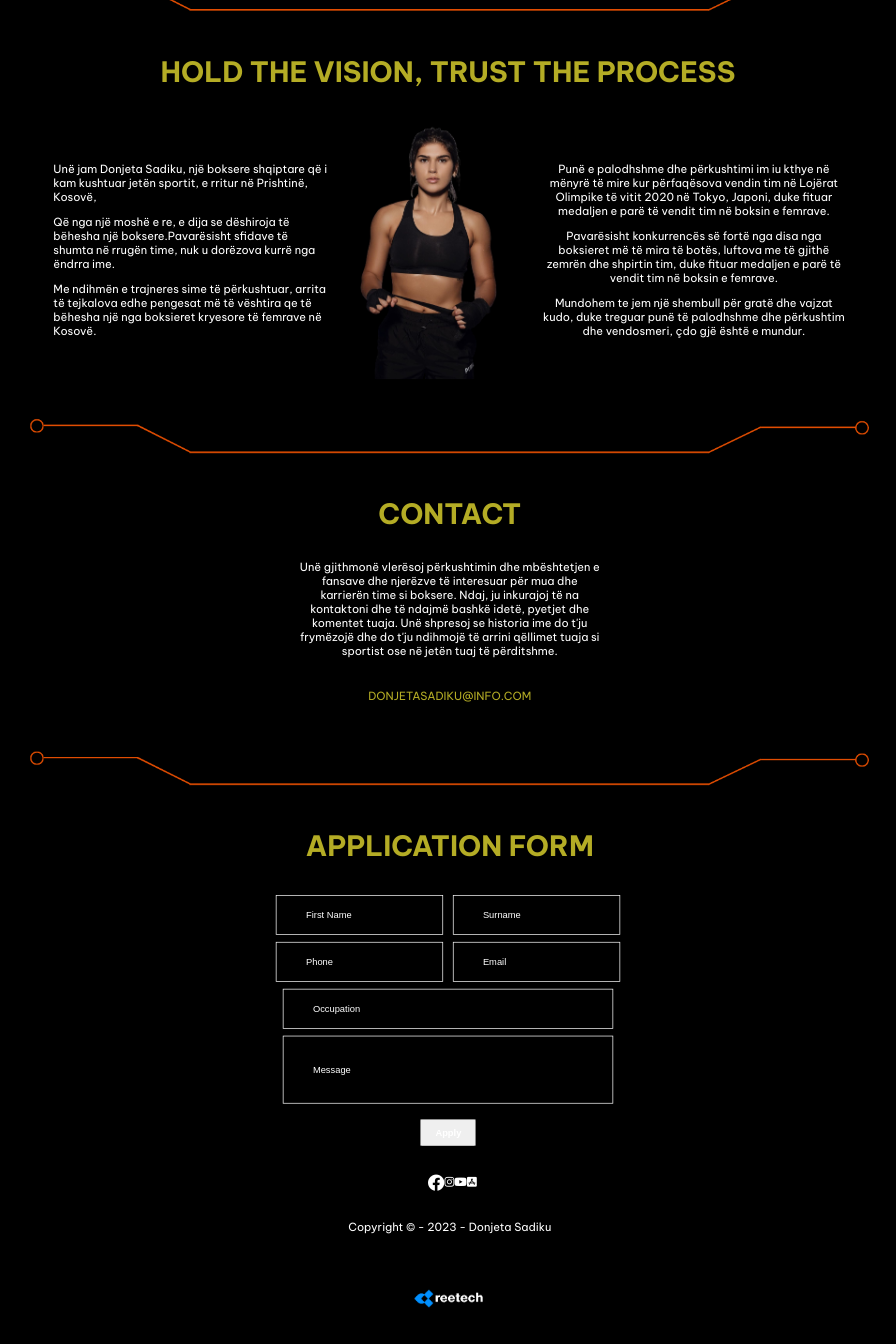
Repository: milot-morina/ds-boxing
Page: DS-Portfolio/index.html
These files come from the project's save history. The page is drawn as it stood at one moment and after the next save; the edit follows.
The browser window is 1280 px wide. The pictures show the part of the page from y = 2051 to 3971 px (the page is 3971 px tall), at 70% of full size.
A picture or video elsewhere on the page could not be fetched, so the positions and the page height are approximate.

Above is the page before, as saved 2023-03-21 08:23:29.

### DS-Portfolio/index.html
<!DOCTYPE html>
<html lang="en">
<head>
  <meta charset="UTF-8">
  <meta http-equiv="X-UA-Compatible" content="IE=edge">
  <meta name="viewport" content="width=device-width, initial-scale=1.0">
  <title>Donjeta Sadiku</title>
  <link rel="stylesheet" href="style.css">
  <link rel="stylesheet" href="https://cdnjs.cloudflare.com/ajax/libs/font-awesome/6.0.0-beta2/css/all.min.css" integrity="sha512-YWzhKL2whUzgiheMoBFwW8CKV4qpHQAEuvilg9FAn5VJUDwKZZxkJNuGM4XkWuk94WCrrwslk8yWNGmY1EduTA==" crossorigin="anonymous" referrerpolicy="no-referrer" />
  <link rel="icon" href="logofinal.png" type="image/icon type" style="width: 100%;">
  <link href="https://fonts.googleapis.com/css2?family=Be+Vietnam+Pro:wght@400;500;700&display=swap" rel="stylesheet">
</head>
<body>

  <section class="section1" id="home">
    <video muted autoplay loop style="pointer-events: none;">
      <source src="DS-Glitch.mp4" type="video/mp4">
    </video>
    <header class="hidden3">
      <div class="container">
        <nav class="navbar">
          <div class="brand-title">
            <img src="unitetiLogoFinal.png" alt="" width="130px">
          </div>
          <a href="#" class="toggle-button">
            <span class="bar"></span>
            <span class="bar"></span>
            <span class="bar"></span>
          </a>
          <div class="navbar-links">
            <ul>
              <li><a href="#home" class="home-btn">HOME</a></li>
              <li><a href="#club" class="header-club">CLUB</a></li>
              <li><a href="#contact" class="header-link a">CONTACT</a></li>
              <li><a href="#form" class="header-link a">FORM</a></li>
            </ul>
            <div class="socials">
            <i class="fa-brands fa-facebook"><a href="https://www.youtube.com/watch?v=dQw4w9WgXcQ"></a></i>
            <i class="fa-brands fa-instagram"></i>
            <i class="fa-brands fa-youtube"></i>
            <i class="fa-brands fa-app-store-ios"></i>
          </div>
          </div>

        </nav>
      </div>
    </header>
  </section>


  <img src="separator2.png" alt="" width="100%" style="margin-top: 40px;" class="first-seperator">


  <section class="section2 container row" id="club">

    <div class="images hidden2">
      <img src="handsUp.jpg" alt="">
    </div>
    <div class="text hidden">
      <p class="section-h hidden3">HISTORIA SHKRUHET!</p>
      <p class="section2-p hidden3">Nuk ka fjalë për t'u shprehur se sa krenare isha për të përfaqësuar vendin tim në skenën dhe për të marrë medalje ne kete nivel. Ishte një ndjenjë e mrekullueshme të përfaqësosh vendin tënd dhe të ndjehesh si një ambasador i saj në arenën nderkombetare.</p>
      <p class="section2-p hidden3">Në çdo moment të kësaj përvojeje, isha e mbuluar nga emocionet për rëndësinë që kjo ngjarje kishte për popullin tim dhe për boksierët shqiptarë. Nuk ishte thjesht një fitore personale, por ishte një fitore që përfaqësoi përparimin e boksi shqiptar dhe mundësinë e një të ardhme të ndritshme për sportin në vendin tonë.</p>
      <p class="section2-p hidden3">Kur mora medaljen olimpike, ndjeva një ndjenjë të thellë krenarie dhe një ndjesi të vërtetë prej triumfi. Ishte si të isha i gjithë vendlindja ime, duke festuar këtë arritje të madhe me mua. Nuk mund të mendoja për ndonjë gjë më të rëndësishme në atë moment, dhe do të mbaj gjithmonë këtë kujtim në zemrën time.</p>

    </div>

  </section>

  <img src="separator2.png" alt="" width="100%" style="margin-top: 30px;">


  <section class="section3 container">
    <p class="section-h">MEDALJET FLASIN VET!</p>
   <div class="row">
    <div class="text hidden2">
      <p>Viti me i suksesshem ne karrieren time . Solla dy medalje nje evropiane e një botërore. Dëshmova që une Donjeta Sadiku nuk dorërzohem asnjëher përkundrazi nuk kam dyshuar asnjëherë në veten time, mirpo tani po ndihem e kompletuar nën udhëheqjen e trajneres time Marjola Sallauka .</p>
      <p>Tash e tutje luftoj vetëm për medalje Olimpike. Unë besoj në vetën time dhe ju premtoj që me përkrahjen tuaj unë do ti realizoj këto synime . Faleminderit për përkrahje familjes time, Federatës së Boksit. Faleminderit trajnerës Marjola Sallauka për mjeshtërinë që tregon me punën e saj.</p>
    </div>
    <div class="images hidden">
      <img src="DplusMar.jpg" alt="" style="max-width: 640px;">
    </div>
   </div>

  </section>








  <img src="separator2.png" alt="" width="100%" style="margin-top: 30px;">




  <section class="section4 container" id="nft">
    <p class="section-h hidden3">HOLD THE VISION, TRUST THE PROCESS</p>
    <div class="row">
      <div class="text hidden2" style="text-align: left">
        <p>Unë jam Donjeta Sadiku, një boksere shqiptare që i kam kushtuar jetën sportit, e rritur në Prishtinë, Kosovë,
        </p>
        <p>Që nga një moshë e re, e dija se dëshiroja të bëhesha një boksere.Pavarësisht sfidave të shumta në rrugën time, nuk u dorëzova kurrë nga ëndrra ime.
        </p>
        <p>Me ndihmën e trajneres sime të përkushtuar, arrita të tejkalova edhe pengesat më të vështira qe të bëhesha një nga boksieret kryesore të femrave në Kosovë.</p>
      </div>
      <div class="hidden3">
        <div class="column">
          <img src="profilePic.png" alt="" style="width: 300px;">
          <!-- <img src="shadow.png" alt="" style="width: 300px;"> -->
        </div>
      </div>
      <div class="text hidden">
        <p>Punë e palodhshme dhe përkushtimi im iu kthye në mënyrë të mire kur përfaqësova vendin tim në Lojërat Olimpike të vitit 2020 në Tokyo, Japoni, duke fituar medaljen e parë të vendit tim në boksin e femrave.</p>
        <p>Pavarësisht konkurrencës së fortë nga disa nga boksieret më të mira të botës, luftova me të gjithë zemrën dhe shpirtin tim, duke fituar medaljen e parë të vendit tim në boksin e femrave.
        </p>
        <p>
          Mundohem te jem një shembull për gratë dhe vajzat kudo, duke treguar punë të palodhshme dhe përkushtim dhe vendosmeri, çdo gjë është e mundur.
        </p>
      </div>
    </div>

  </section>

  <img src="separator2.png" alt="" width="100%" style="margin-top: 30px;">

  <section class="section5 container" id="contact">
    <div class="text">
      <p class="section-h">CONTACT</p>
      <p>Unë gjithmonë vlerësoj përkushtimin dhe mbështetjen e fansave dhe njerëzve të interesuar për mua dhe karrierën time si boksere. Ndaj, ju inkurajoj të na kontaktoni dhe të ndajmë bashkë idetë, pyetjet dhe komentet tuaja. Unë shpresoj se historia ime do t'ju frymëzojë dhe do t'ju ndihmojë të arrini qëllimet tuaja si sportist ose në jetën tuaj të përditshme.</p>
      <p style="color: #B4AC25; margin-top: 45px;">DONJETASADIKU@INFO.COM</p>
    </div>
  </section>






 <img src="separator2.png" alt="" width="100%" style="margin-top: 30px;">

  <section class="section6 container" id="form">
    <div class="text">
      <p class="section-h">APPLICATION FORM</p>
    </div>
    <form action="#">
      <div class="form-row">
        <input type="text" placeholder="First Name">
        <input type="text"placeholder="Surname">
      </div>
      <div class="form-row">
        <input type="text" placeholder="Phone">
        <input type="email" placeholder="Email">
      </div>
      <div class="long-inputs-form">
        <input type="text" placeholder="Occupation"><br>
        <input type="text" placeholder="Message" style="padding-block: 40px;">
      </div>
    </form>
    <button class="home-btn">Apply</button>
    <div class="socials" style="margin-block: 40px;">
      <a href="https://www.facebook.com/your-page"><i class="fa-brands fa-facebook"></i></a>
      <a href="https://www.instagram.com/donjetasadikuofficial/"><i class="fa-brands fa-instagram"></i></a>
      <a href="https://www.youtube.com/channel/your-channel"><i class="fa-brands fa-youtube"></i></a>
      <a href="https://apps.apple.com/your-app"><i class="fa-brands fa-app-store-ios"></i></a>
    </div>


    <div class="text" style="margin-bottom: 40px;">
      <p>Copyright © - 2023 - Donjeta Sadiku </p>
    </div>


    <div style="background-color: rgba(0, 0, 0, 0.2); display: flex; justify-content: center; align-items: center;">
      <a class="navbar-brand" href="https://www.reetech.ch/">
        <img src="reetech.png" width="185" height="105" class="d-inline-block align-top" alt="">
      </a>
    </div>

  </section>




  <script src="script.js"></script>
</body>
</html>

### DS-Portfolio/style.css
html {
  scroll-behavior: smooth;
  transition: 2s;
  overflow-x: hidden;
}

body {
  text-align: center;
  overflow-x: hidden;
  font-family: 'Be Vietnam Pro', sans-serif;
}

/* header----*/


header {
  background-color: transparent;
  width: 100%;
  position: absolute;
  top: 0;
  left: 0;

  z-index: 100;
}


.navbar {
  display: flex;
  flex-direction: column;
  justify-content: space-between;
  align-items: flex-start;
  color: black;
}



.navbar-links {
  width: 100%;
  display: none;
}

.navbar-links ul {
  margin: 0;
  padding: 0;
  display: flex;
  flex-direction: column;
  width: 100%;
  text-align: center;
}

.navbar-links li {
  list-style: none;
  font-size: 15px;

}

.navbar-links li a {
  text-decoration: none;
  color: white;

  display: block;
}


.toggle-button {
  position: absolute;
  top: .75rem;
  right: 1rem;
  display: flex;
  flex-direction: column;
  justify-content: space-between;
  width: 31px;
  height: 21px;
}

.bar {
  width: 100%;
  height: 3px;
  background-color: white;
  border-radius: 10px;
}

.navbar-links.active {
  display: flex;
  flex-direction: column;
  background-color: transparent;
}

i {
  color: white;
}

i:hover {
  color: #B4AC25;
  cursor: pointer;
}



video {
  width: 100%;
  position: relative;
  height: auto;
  pointer-events: none;
  display: none;
}



.socials {
  width: 47%;
  display: block;
  margin: 5px auto;
  justify-content: center;
}

i + i, .fa-facebook {
  margin-left: 12px;
  font-size: 24px;
}

.header-club {
  color: white;
  padding-inline: 10px;
  margin-top: 5px;
  max-width: 80px;
  display: block;
  margin-inline: auto;
  font-weight: 700;
}


.header-club:hover {
  color: white;
  border-color: #B4AC25;

}

.home-btn {
  color: white;
  padding-inline: 10px;
  margin-top: 5px;
  max-width: 80px;
  display: block;
  margin-inline: auto;
  font-weight: 700;
}

.home-btn:hover {
  color: white;
  border-color: white;
  background-color: transparent;
  cursor: pointer;
}


.header-link {
  color: white;
  padding-inline: 10px;
  margin-top: 5px;
  max-width: 80px;
  display: block;
  margin-inline: auto;
  font-weight: 700;
}

.header-link:hover {
  color: #B4AC25;
}

a {
  position: relative;
}

a::after {
  content: " ";
  position: absolute;
  background-color: #B4AC25;
  height: 3px;
  width: 0;
  left: 0;
  bottom: -10px;
  transition: 0.3s;
}

a:hover::after {
  width: 100%;
}





/*---------------header-----------*/




/*---------------------- collapsible table ------------------------*/

.main-collapsible {
  background-color: transparent;
  color: black;
  width: 100%;
  margin-inline: auto;
  margin-block: 120px 40px;
}



.container-collapsible {
  width: 100%;
  margin: 0 auto;
  display: flex;
  flex-direction: column;
  align-items: center;
}


hr {
  background-color: white;
  width: 90%;
  display: block;
  margin-inline: auto;
}



.collapsible-button {
  background-color: rgb(24, 24, 24);
  color: gray;
  cursor: pointer;
  padding: 5px;
  width: 93%;
  border-bottom: 1px solid white;
  display: flex;
  align-items: center;
  justify-content: space-between;
  text-align: left;
  outline: none;
  font-size: 15px;
  border: none;
}





.button-name-collapsible {
  color: white;
  text-align: left;
  outline: none;
  font-size: 16px;

}


.button-name-collapsible:hover {
  color: #B4AC25;
}



.collapsible-button:after {
  content: '\002B';
  color: white;
  font-weight: bold;
  float: right;
  margin-left: 5px;
  font-size: 24px;
}

.collapsible-button:hover::after{
  color: #B4AC25;
}

.active:after {
  content: "\2212";
}

.content {
  width: 93%;
  max-height: 0;
  overflow: hidden;
  transition: max-height 0.2s ease-out;
  background-color:  rgb(24, 24, 24);
  color: white;
  margin-bottom: 10px;
}

/*---------------------- collapsible table ------------------------*/



/*----------animations------------*/

.hidden {
  opacity: 0;
  filter: blur(2px);
  transform: translateX(60%);
  transition: all 700ms;
}


.hidden2 {
  opacity: 0;
  filter: blur(2px);
  transform: translateX(-60%);
  transition: all 700ms;
}

.hidden3 {
  opacity: 0;
  filter: blur(2px);
  transform: translateY(-5%);
  transition: all .7s;
}



.show {
  opacity: 1;
  filter: blur(0);
  transform: translateX(0);
}


@media(prefers-reduced-motion) {
  .hidden {
    transition: none;
  }
}

/*--------------animations------------------*/


/*---------main---------------*/

body {
  background-color: black;

}


.container {
  width: 90%;
  margin: 0 auto;
}



.first-seperator {
  display: none;
}

@media(min-width: 687px) and (max-width: 900px) {
  .column {
    display: flex;
    flex-direction: column;
    width: 100%;
    margin-left: 28%;
  }
}


.row2 {
  display: flex;
  align-items: center;
  justify-content: space-between;
}

.section2 {
  margin-top: 70px;
}

.section2 img {
  width: 80%;
  max-width: 500px;
  display: block;
  margin-inline: auto;
}

.text {
  color: white;
  max-width: 440px;
  display: block;
  margin-inline: auto;
}

.text p {
  font-weight: 400;
  margin-left: 5px;
}

.text .section-h,
.section-h {
  font-size: clamp(2.15rem, 2.5rem, 3.2rem);
  color: #B4AC25;
  font-weight: 700;
}

.images img {
  max-width: 550px;
  width: 100%;
}

.section3 .images img {
  width: 100%;
}


input {
  background-color: transparent;
  color: white;
  border: 1px solid white;
  padding: 20px 30px;
  margin: 5px;
  max-width: 410px;
}

input::placeholder {
  color: white;
  padding: 12px;
}

.long-inputs-form > input{
  width: 170px;
}

.section6 button{
  margin-top: 17px;
  padding: 10px 20px;
}

.section6 .socials{
  justify-content: center;
}



@media (min-width: 555px) {
  video {
    display: block;
  }

  .long-inputs-form > input{
    width: 470px;
  }

}


@media(min-width: 865px) {


  .toggle-button {
    display: none;
  }

  .navbar {
    flex-direction: row;
    align-items: center;
    justify-content: space-between;
  }

  .navbar-links  {
    display: flex;
    width: 100%;
    align-items: center;
  }

  .navbar-links ul {
    flex-direction: row;
    justify-content: center;
  }

  .navbar-links.active {
    flex-direction: row;
  }

  .socials {
    width: 6%;
    display: flex;
    justify-content: right;
  }

  .header-club {
    margin-left: 14px;
  }

}





@media (min-width: 900px) {
  .row {
    display: flex;
    justify-content: space-between;
    align-items: center;
  }

  .div {
    display: flex;
    justify-content: space-between;
    align-items: center;
    width: 100%;
    margin: 0 auto;
  }


  .long-inputs-form > input{
    width: 470px;
  }

}







/*---------------main-------------*/

### DS-Portfolio/script.js
const toggleButton = document.getElementsByClassName('toggle-button')[0]
const navbarLinks = document.getElementsByClassName('navbar-links')[0]

toggleButton.addEventListener('click', () => {
  navbarLinks.classList.toggle('active')
})



const observer = new IntersectionObserver((entries) => {
  entries.forEach((entry) => {
    console.log(entry)
    if (entry.isIntersecting) {
      entry.target.classList.add('show')
    } else {
      entry.target.classList.remove('show')
    }
  })
})

const hiddenElements = document.querySelectorAll('.hidden')
const hiddenElements2 = document.querySelectorAll('.hidden2')
const hiddenElements3 = document.querySelectorAll('.hidden3')
hiddenElements.forEach((el) => observer.observe(el))
hiddenElements2.forEach((el) => observer.observe(el))
hiddenElements3.forEach((el) => observer.observe(el))




//collapbsibleTable
let coll = document.getElementsByClassName("collapsible-button");
let i;

for (i = 0; i < coll.length; i++) {
  coll[i].addEventListener("click", function() {
    this.classList.toggle("active");
    let content = this.nextElementSibling;
    if (content.style.maxHeight){
      content.style.maxHeight = null;
    } else {
      content.style.maxHeight = content.scrollHeight + "px";
    }
  });
}

After the next save:
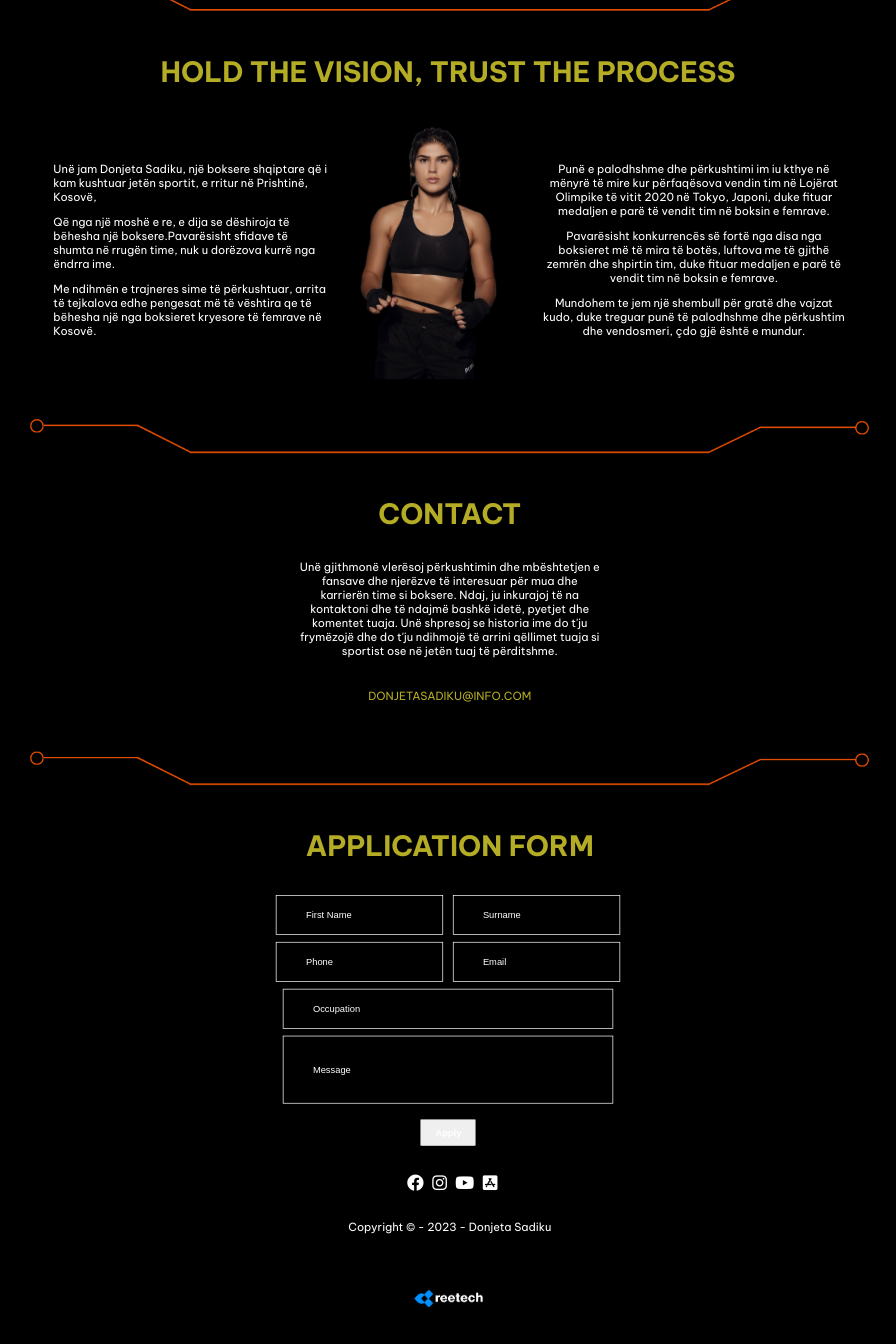
Saved 3 min 4 s later.
--- a/DS-Portfolio/style.css
+++ b/DS-Portfolio/style.css
@@ -111,13 +111,14 @@
   width: 47%;
   display: block;
   margin: 5px auto;
-  justify-content: center;
-}
-
-i + i, .fa-facebook {
+  text-align: center;
+}
+
+i {
   margin-left: 12px;
   font-size: 24px;
 }
+
 
 .header-club {
   color: white;
